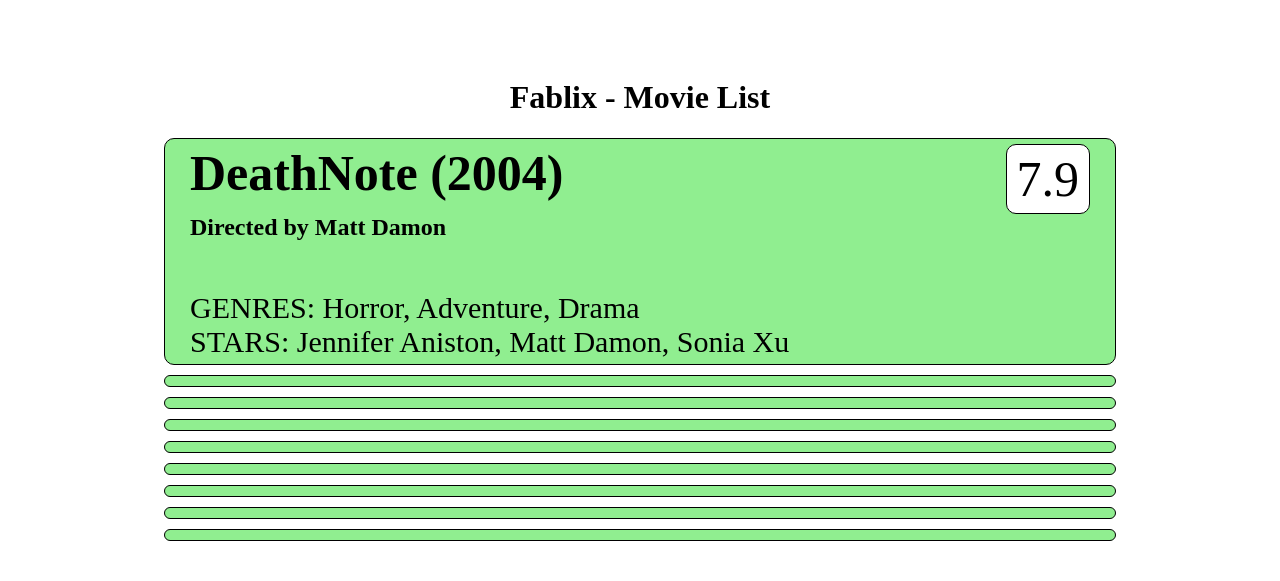
Repository: csumphan/fablix
Page: http://localhost/Project1/
An editor plug-in stored every save of this project. The page is shown before and after the next save, followed by the edit.
The browser window is 1280 px wide. The pictures show the whole page.
Some web fonts or font styles are not loaded; a fallback is used. The page is served by Tomcat 9. Nobody is signed in. The application's start-up code is not run.

Above is the page before, as saved 2018-01-23 00:17:36.

After the next save:
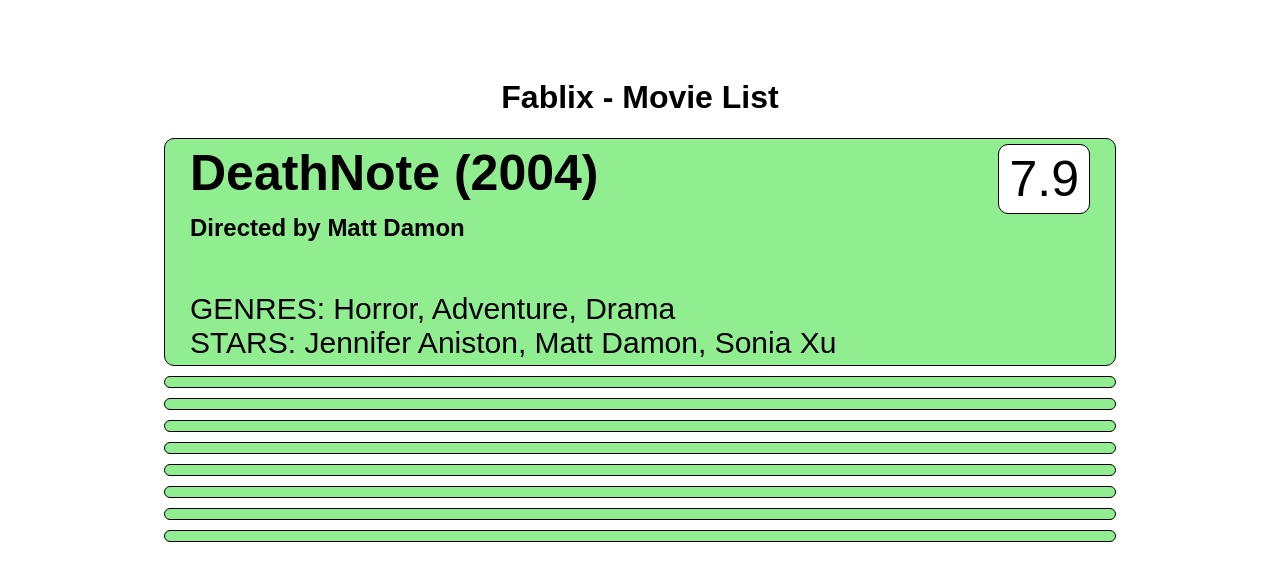
Saved 10 s later.
--- a/Project1/WebContent/styles.css
+++ b/Project1/WebContent/styles.css
@@ -1,4 +1,5 @@
 body {
+	font-family: 'Libre Franklin', sans-serif;
 	padding: 50px;
 	display: flex;
 	justify-content: center;
